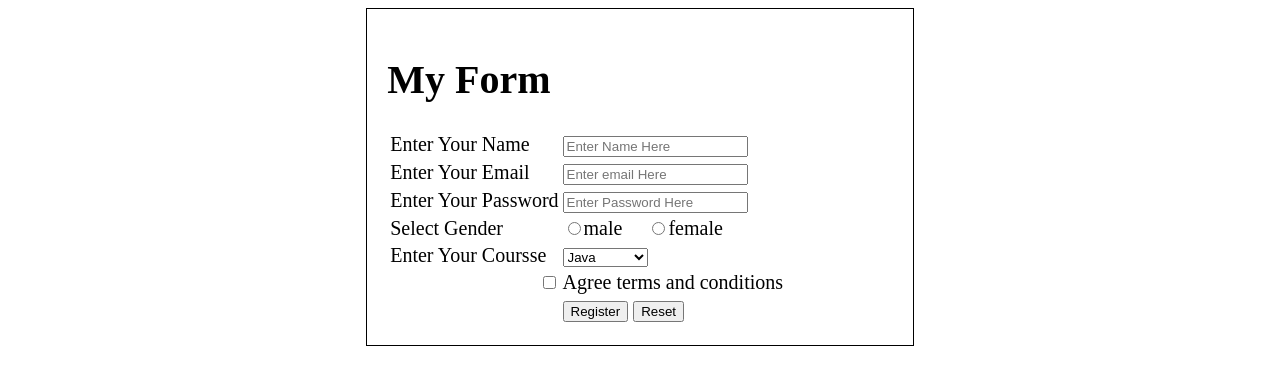
Repository: Attishgawali/JavaServletAndJSP
Page: demoApp2/src/main/webapp/form.html
These files come from the project's save history. The page is drawn as it stood at one moment and after the next save; the edit follows.
The browser window is 1280 px wide. The pictures show the whole page.

Above is the page before, as saved 2023-07-04 14:08:46.

After the next save:
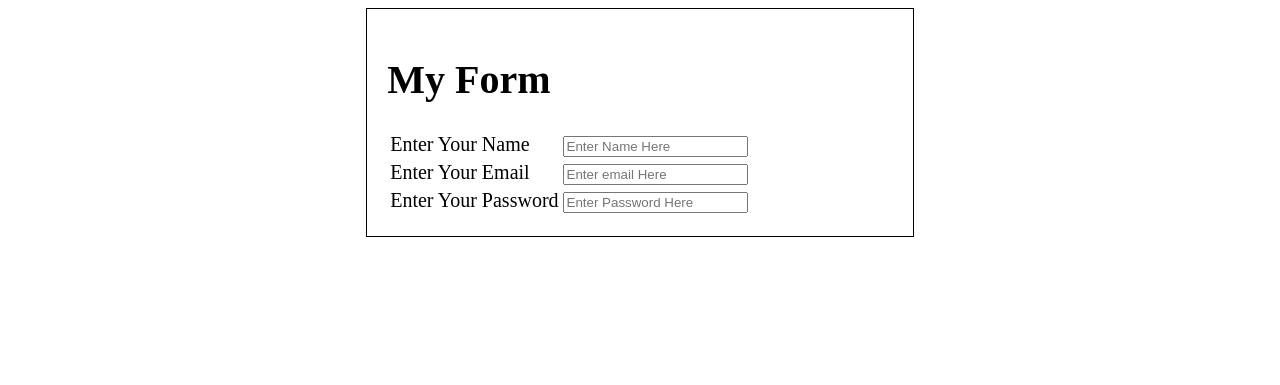
Saved 12 min 11 s later.
--- a/demoApp2/src/main/webapp/form.html
+++ b/demoApp2/src/main/webapp/form.html
@@ -36,35 +36,6 @@
 						placeholder="Enter Password Here"></td>
 				</tr>
 
-				<tr>
-					<td>Select Gender</td>
-					<td><input type="radio" name="studetn_gender" value="male">male
-						&nbsp; &nbsp; <input type="radio" name="studetn_gender"
-						value="female">female</td>
-				</tr>
-
-				<tr>
-					<td>Enter Your Coursse</td>
-					<td><select name="student_course">
-							<option value="Java">Java</option>
-							<option value="Python">Python</option>
-							<option value="C++">C++</option>
-							<option value="JavaScript">JavaScript</option>
-					</select></td>
-				</tr>
-
-				<tr>
-					<td style="text-align: right"><input type="checkbox"
-						value="checked" name="condition"></td>
-					<td>Agree terms and conditions</td>
-				</tr>
-
-				<tr>
-					<td></td>
-					<td><button type="submit">Register</button>
-						<button type="reset">Reset</button></td>
-				</tr>
-
 			</table>
 		</form>
 
